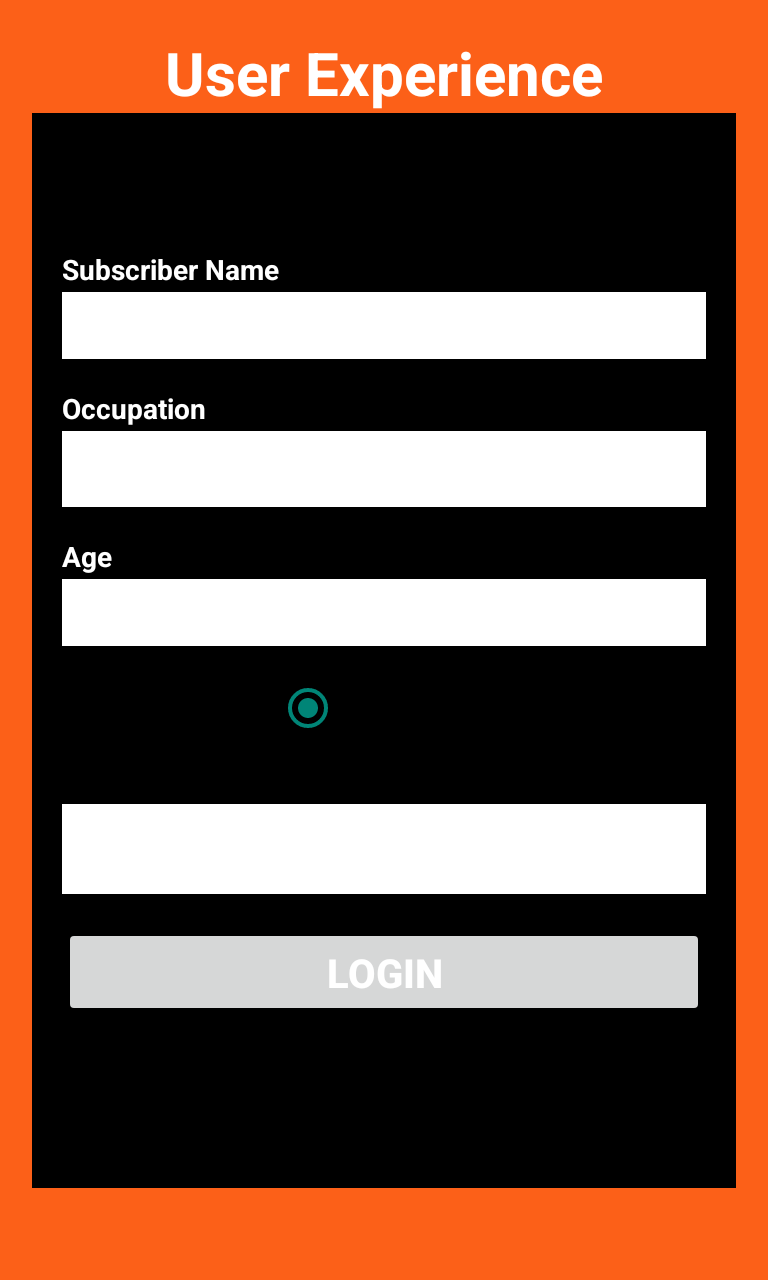
Repository: MushfiqurRahman/BLink3gApp
Layout: 3gExperience/res/layout/fragment_survey.xml
An editor plug-in stored every save of this project. The layout is shown before and after the next save, followed by the edit.
It is drawn on a 768 x 1280 px phone screen (xhdpi) without system bars, with theme AppTheme; the app's code is not run.

Above is the layout before, as saved 2014-05-20 18:05:06.

### 3gExperience/res/layout/fragment_survey.xml
<RelativeLayout xmlns:android="http://schemas.android.com/apk/res/android"
    xmlns:tools="http://schemas.android.com/tools"
    android:layout_width="match_parent"
    android:layout_height="match_parent"
    android:background="#FC6018"
    android:paddingBottom="@dimen/activity_vertical_margin"
    android:paddingLeft="@dimen/activity_horizontal_margin"
    android:paddingRight="@dimen/activity_horizontal_margin"
    android:paddingTop="@dimen/activity_vertical_margin"
    tools:context="com.example.gexperience.SurveyActivity$PlaceholderFragment" >

    <RelativeLayout
        android:id="@+id/topMain"
        android:layout_width="fill_parent"
        android:layout_height="wrap_content" >

        <TextView
            android:layout_width="wrap_content"
            android:layout_height="wrap_content"
            android:layout_centerInParent="true"
            android:layout_marginLeft="5dip"
            android:text="@string/survey_heading"
            android:textColor="#ffffff"
            android:textSize="30sp"
            android:textStyle="bold" />
    </RelativeLayout>

    <LinearLayout
        android:id="@+id/LinearBottom"
        android:layout_width="fill_parent"
        android:layout_height="30dp"
        android:layout_alignParentBottom="true"
        android:gravity="bottom"
        android:orientation="vertical" >
    </LinearLayout>

    <LinearLayout
        android:id="@+id/layout_survey_form"
        android:layout_width="fill_parent"
        android:layout_height="fill_parent"
        android:layout_above="@id/LinearBottom"
        android:layout_alignParentLeft="true"
        android:layout_below="@id/topMain"
        android:background="#000000"
        android:gravity="center"
        android:orientation="vertical"
        android:paddingLeft="15dp"
        android:paddingRight="15dp" >

        <LinearLayout
            android:layout_width="fill_parent"
            android:layout_height="wrap_content"
            android:layout_gravity="left" >

            <TextView
                android:id="@+id/textView3"
                android:layout_width="wrap_content"
                android:layout_height="wrap_content"
                android:layout_marginBottom="2dp"
                android:text="@string/sbcr_name"
                android:textColor="#FFFFFF"
                android:textStyle="bold" />
        </LinearLayout>

        <EditText
            android:id="@+id/edtName"
            android:layout_width="match_parent"
            android:layout_height="wrap_content"
            android:layout_marginBottom="15dp"
            android:background="#FFFFFF"
            android:ems="10"
            android:inputType="text"
            android:textSize="25sp" />

        <LinearLayout
            android:layout_width="fill_parent"
            android:layout_height="wrap_content"
            android:layout_gravity="left" >

            <TextView
                android:id="@+id/textView1"
                android:layout_width="wrap_content"
                android:layout_height="wrap_content"
                android:layout_marginBottom="2dp"
                android:text="@string/sbcr_occupation"
                android:textColor="#FFFFFF"
                android:textStyle="bold" />
        </LinearLayout>

        <Spinner
            android:id="@+id/spnOccupation"
            android:layout_width="match_parent"
            android:layout_height="38dp"
            android:layout_marginBottom="15dp"
            android:background="#FFFFFF"
            android:drawSelectorOnTop="true"
            android:padding="5dp"
            android:spinnerMode="dropdown"
            android:textSize="30sp" />

        <LinearLayout
            android:layout_width="fill_parent"
            android:layout_height="wrap_content"
            android:layout_gravity="left" >

            <TextView
                android:id="@+id/textView2"
                android:layout_width="wrap_content"
                android:layout_height="wrap_content"
                android:layout_marginBottom="2dp"
                android:text="@string/sbcr_age"
                android:textColor="#FFFFFF"
                android:textStyle="bold" />
        </LinearLayout>

        <EditText
            android:id="@+id/edtAge"
            android:layout_width="match_parent"
            android:layout_height="wrap_content"
            android:layout_marginBottom="15dp"
            android:background="#FFFFFF"
            android:ems="10"
            android:inputType="number"
            android:textSize="25sp" />

                <RadioGroup
            android:id="@+id/rdoGender"
            android:layout_width="wrap_content"
            android:layout_height="wrap_content" >

            <RadioButton
                android:id="@+id/radio0"
                android:layout_width="wrap_content"
                android:layout_height="wrap_content"
                android:checked="true"
                android:text="RadioButton" />

            <RadioButton
                android:id="@+id/radio1"
                android:layout_width="wrap_content"
                android:layout_height="wrap_content"
                android:text="RadioButton" />
        </RadioGroup>



        <Spinner
            android:id="@+id/spnCompany"
            android:layout_width="match_parent"
            android:layout_height="45dp"
            android:layout_marginBottom="15dp"
            android:background="#FFFFFF"
            android:padding="5dp"
            android:spinnerMode="dropdown"
            android:textSize="30sp" />

        <Button
            android:id="@+id/btnLogin"
            android:layout_width="match_parent"
            android:layout_height="wrap_content"
            android:layout_marginBottom="15dp"
            android:text="@string/login"
            android:textColor="#FFFFFF"
            android:textSize="20sp"
            android:textStyle="bold" />
    </LinearLayout>

</RelativeLayout>

### 3gExperience/res/values/strings.xml
<?xml version="1.0" encoding="utf-8"?>
<resources>

    <string name="app_name">3gExperience</string>
    <string name="hello_world">Hello world!</string>
    <string name="action_settings">Settings</string>
    <string name="title_activity_login">LoginActivity</string>
    <string name="title_activity_survey">SurveyActivity</string>
    <string name="bp_code">BP Code</string>
    <string name="area">Area</string>
    <string name="location">Location</string>
    <string name="login">Login</string>
    <string name="survey_heading">User Experience</string>
    <string name="sbcr_name">Subscriber Name</string>
    <string name="sbcr_occupation">Occupation</string>
    <string name="sbcr_age">Age</string>
    <string name="sbcr_gender">Gender</string>
    <string name="sbcr_mobile">Mobile Number</string>
    <string name="sbcr_3g">Using 3G Pack</string>
    <string name="sbcr_package_type">Select Package</string>
    <string name="sbcr_mobile_brand">Mobile Brand</string>
</resources>

Loaded but not shown: 3gExperience/res/values/styles.xml (common file); 3gExperience/res/values-v11/styles.xml (common file); 3gExperience/res/values-v14/styles.xml (common file); 3gExperience/res/values/dimens.xml (common file); 3gExperience/res/values-w820dp/dimens.xml (common file)

After the next save:
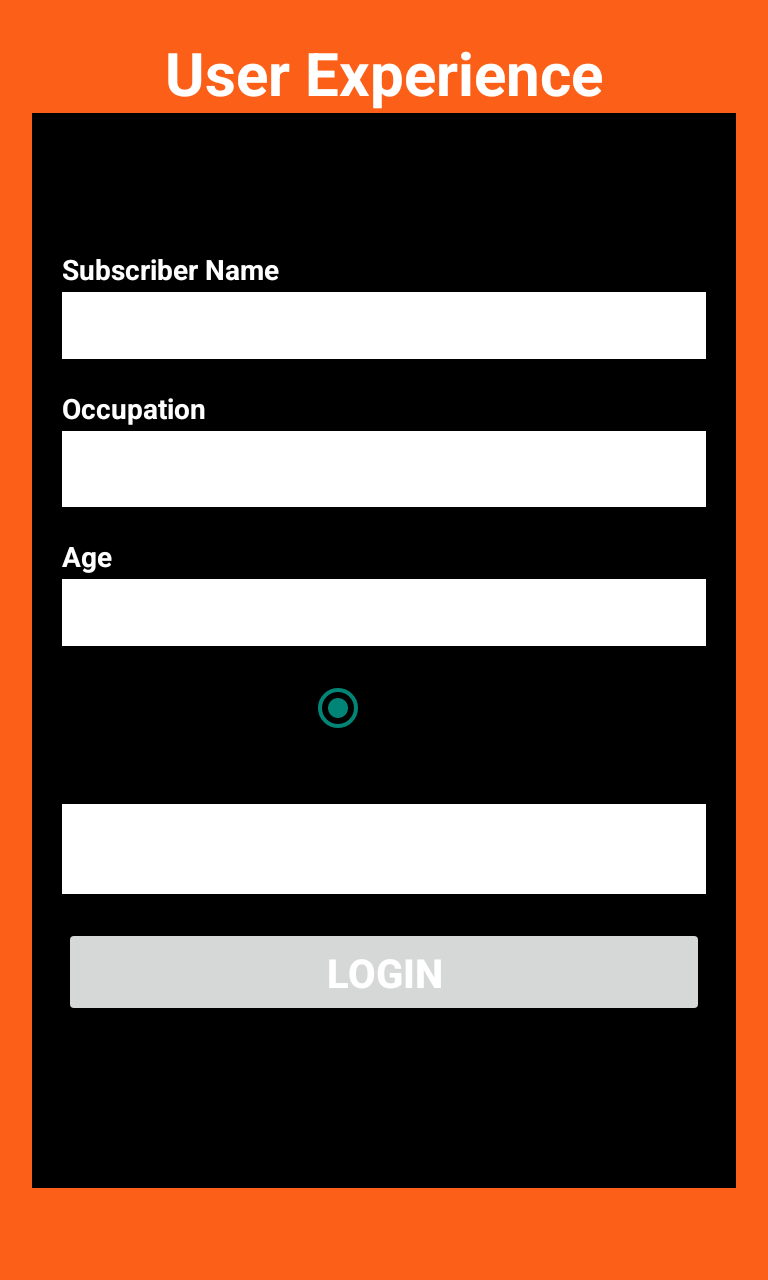
Saved 15 s later.
--- a/3gExperience/res/layout/fragment_survey.xml
+++ b/3gExperience/res/layout/fragment_survey.xml
@@ -133,13 +133,13 @@
                 android:layout_width="wrap_content"
                 android:layout_height="wrap_content"
                 android:checked="true"
-                android:text="RadioButton" />
+                android:text="Male" />
 
             <RadioButton
                 android:id="@+id/radio1"
                 android:layout_width="wrap_content"
                 android:layout_height="wrap_content"
-                android:text="RadioButton" />
+                android:text="Female" />
         </RadioGroup>
 
 
